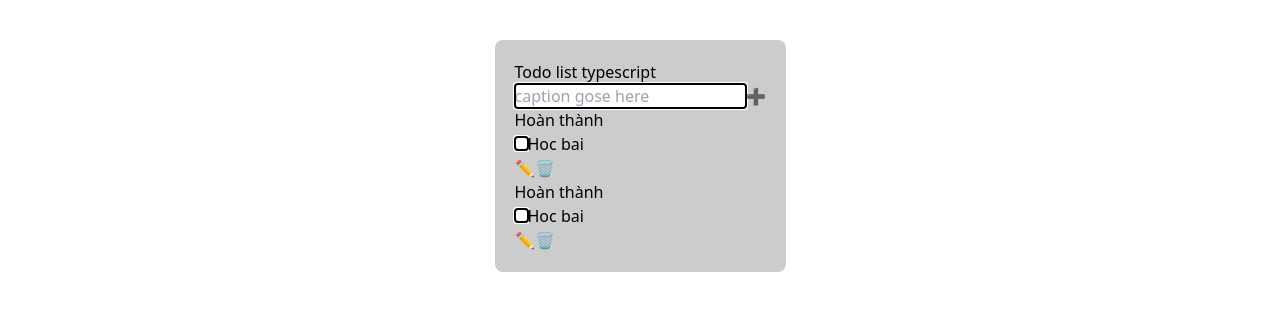
Repository: VIET-TU/react-super-main
Page: / (app in todolist-mybuild/)
An editor plug-in stored every save of this project. The page is shown before and after the next save, followed by the edit.
The browser window is 1280 px wide. The pictures show the whole page.
The project was rebuilt for these pictures with package versions that can differ from the ones it lists, and the page was loaded fresh each time. Also part of the build but not shown: todolist-mybuild/vite.config.ts.

Above is the page before, as saved 2023-05-16 06:46:52.

### todolist-mybuild/src/App.tsx
import TodoList from './components/TodoLists'

function App() {
  return (
    <>
      <TodoList></TodoList>
    </>
  )
}

export default App

### todolist-mybuild/src/index.css
@tailwind base;
@tailwind components;
@tailwind utilities;

input {
  outline: auto;
}

### todolist-mybuild/src/components/TodoLists/index.ts
import TodoList from './TodoList'

export default TodoList

### todolist-mybuild/src/components/TodoLists/TodoList.tsx
import { Todo } from '../../@types/todos.types'
import TaskInput from '../TaskInput'
import TaskList from '../TaskList'
import { useEffect, useState } from 'react'

const TodoList = () => {
  const [todos, setTodos] = useState<Todo[]>([])
  const [currentTodo, setCurrentTodo] = useState<Todo | null>(null)
  const doneTodos = todos.filter((todo) => todo.done)
  const notdoneTodos = todos.filter((todo) => !todo.done)

  useEffect(() => {
    const todosString = localStorage.getItem('todos')
    const todosObj: Todo[] = JSON.parse(todosString || '[]')
    setTodos(todosObj)
  }, [])

  const addTodo = (name: string): void => {
    const todo: Todo = {
      name,
      done: false,
      id: new Date().toISOString()
    }
    setTodos((pre) => [...pre, todo])
    const todosString = localStorage.getItem('todos')
    const todosObj: Todo[] = JSON.parse(todosString || '[]')
    const newTodoObj = [...todosObj, todo]
    localStorage.setItem('todos', JSON.stringify(newTodoObj))
  }

  const handleDoneTodo = (id: string, done: boolean) => {
    setTodos((prev) => {
      return prev.map((todo) => {
        if (todo.id === id) {
          return { ...todo, done }
        }
        return todo
      })
    })
  }

  const startEditTodo = (id: string) => {
    const findedTodo = todos.find((todo) => todo.id === id)
    if (findedTodo) {
      setCurrentTodo(findedTodo)
    }
  }

  const editTodo = (name: string) => {
    setCurrentTodo((prev) => {
      if (prev) {
        return { ...prev, name }
      }
      return prev
    })
  }

  const finishEditTodo = () => {
    setTodos((prev) => {
      return prev.map((todo) => {
        if (todo.id === (currentTodo as Todo).id) {
          return currentTodo as Todo
        }
        return todo
      })
    })
    setCurrentTodo(null)
  }

  const deleteTodo = (id: string) => {
    if (currentTodo) {
      setCurrentTodo(null)
    }

    setTodos((prev) => {
      const findedIndexTodo = prev.findIndex((todo) => todo.id === id)
      if (findedIndexTodo > -1) {
        const result = [...prev]
        result.splice(findedIndexTodo, 1) // delete 1 elem in array
        return result
      }
      return prev
    })
  }

  return (
    <div className='p-[20px] rounded-lg bg-[#ccc] max-w-max mx-auto my-10'>
      <TaskInput
        editTodo={editTodo}
        addTodo={addTodo}
        currentTodo={currentTodo}
        finishEditTodo={finishEditTodo}
      ></TaskInput>
      <TaskList
        handleDoneTodo={handleDoneTodo}
        todos={notdoneTodos}
        doneTaskList={false}
        startEditTodo={startEditTodo}
        deleteTodo={deleteTodo}
      />
      <TaskList
        handleDoneTodo={handleDoneTodo}
        todos={doneTodos}
        doneTaskList={true}
        startEditTodo={startEditTodo}
        deleteTodo={deleteTodo}
      />
    </div>
  )
}

export default TodoList

### todolist-mybuild/src/components/TaskInput/index.ts
import TaskInput from './TaskInput'

export default TaskInput

### todolist-mybuild/src/components/TaskInput/TaskInput.tsx
import React from 'react'

const TaskInput = () => {
  return (
    <div>
      <h1>Todo list typescript</h1>
      <form placeholder='enter your text'>
        <input type='text' placeholder='caption gose here' />
        <button type='submit'>➕</button>
      </form>
    </div>
  )
}

export default TaskInput

### todolist-mybuild/src/components/TaskList/TaskList.tsx
import React from 'react'

const TaskList = () => {
  return (
    <div>
      <h2>Hoàn thành</h2>
      <div className='tasks '>
        <div className='task'>
          <input type='checkbox' name='' id=' ' />
          <span>Hoc bai</span>
          <div className=''>
            <button>✏️</button>
            <button>🗑️</button>
          </div>
        </div>
      </div>
    </div>
  )
}

export default TaskList

Loaded but not shown: todolist-mybuild/index.html (common file); todolist-mybuild/src/main.tsx (common file); todolist-mybuild/src/components/TaskList/index.ts (common file); todolist-mybuild/tailwind.config.js (common file)

After the next save:
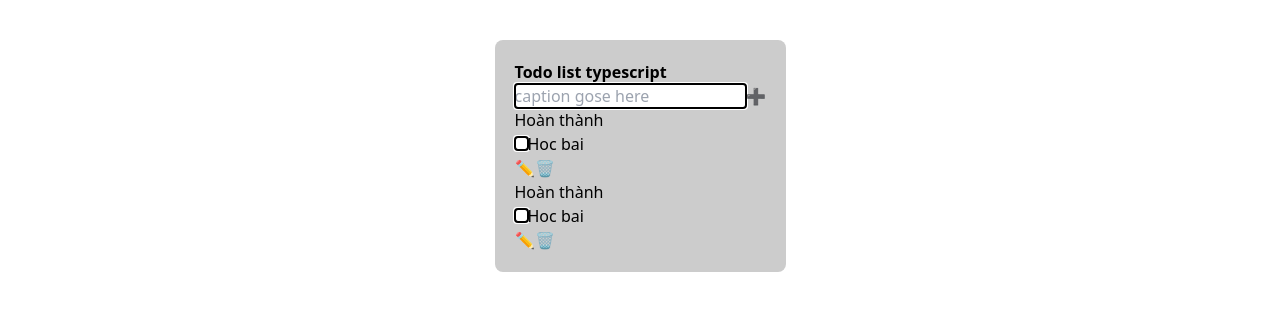
Saved 23 s later.
--- a/todolist-mybuild/src/components/TaskInput/TaskInput.tsx
+++ b/todolist-mybuild/src/components/TaskInput/TaskInput.tsx
@@ -3,7 +3,7 @@ import React from 'react'
 const TaskInput = () => {
   return (
     <div>
-      <h1>Todo list typescript</h1>
+      <h1 className='font-bold'>Todo list typescript</h1>
       <form placeholder='enter your text'>
         <input type='text' placeholder='caption gose here' />
         <button type='submit'>➕</button>
